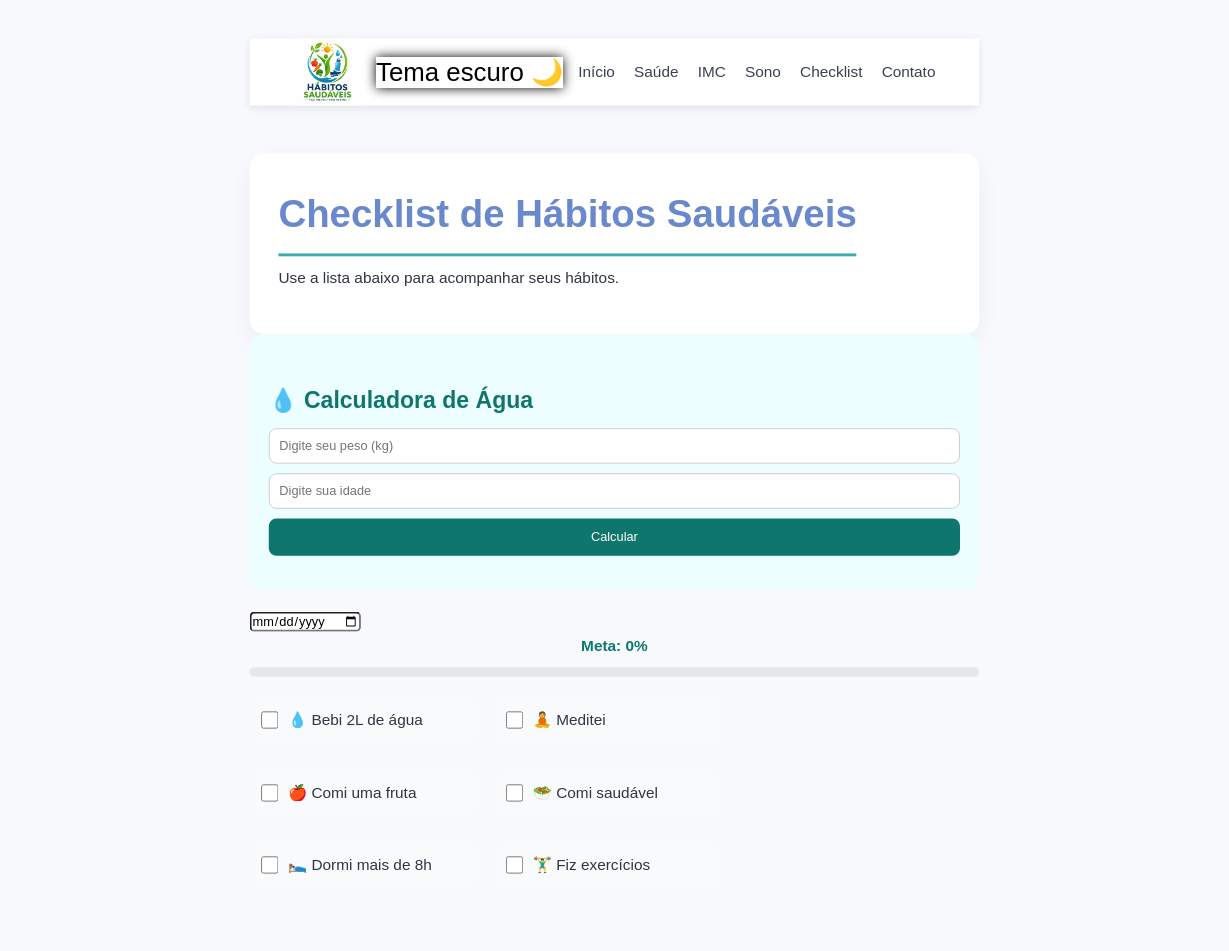
Repository: habitos2026/projetointegrador2026
Page: checklist.html
An editor plug-in stored every save of this project. The page is shown before and after a run of saves, followed by the edit.
The browser window is 1280 px wide. The pictures show the whole page, at 96% of full size.
The pointer rests on the first visible `#btnTema`.

Above is the page before, as saved 2026-06-10 19:38:38.

### checklist.html
<!DOCTYPE html>
<html lang="pt-br">
<head>
<meta charset="UTF-8">
<meta name="viewport" content="width=device-width, initial-scale=1.0">
<title>Checklist</title>

<link rel="stylesheet" href="estilos.css">

<style>
/* SÓ O CHECKLIST (não mexe no resto do site) */

        :root {
            --cor-mente: #6a89cc;    /* Azul sereno */
            --cor-fisico: #38ada9;   /* Verde energia */
            --cor-agua: #4a69bd;     /* Azul hidratação */
            --cor-fundo: #f7f9fc;
        }

        /* Animação de Entrada */
        @keyframes fadeInUp {
            from {
                opacity: 0;
                transform: translateY(20px);
            }
            to {
                opacity: 1;
                transform: translateY(0);
            }
        }

        body {
            font-family: 'Segoe UI', Roboto, sans-serif;
            line-height: 1.6;
            background-color: var(--cor-fundo);
            color: #2f3542;
            max-width: 800px;
            margin: 0 auto;
            padding: 40px 20px;
        }

        header {
            text-align: center;
            margin-bottom: 50px;
            animation: fadeInUp 0.8s ease-out;
        }

        h1 {
            color: var(--cor-mente);
            font-size: 2.5rem;
            border-bottom: 3px solid var(--cor-fisico);
            display: inline-block;
            padding-bottom: 10px;
        }

        section {
            background: white;
            padding: 30px;
            border-radius: 15px;
            box-shadow: 0 10px 25px rgba(0,0,0,0.05);
            animation: fadeInUp 1s ease-out;
        }

        h2 {
            color: var(--cor-fisico);
            margin-top: 30px;
            display: flex;
            align-items: center;
            gap: 10px;
    }

.check-container {
    max-width: 500px;
    margin: 40px auto;
    background: white;
    padding: 25px;
    border-radius: 15px;
    box-shadow: 0 10px 25px rgba(0,0,0,0.1);
}

/* TÍTULO */
.check-container h1 {
    text-align: center;
    color: #0f766e;
}

/* DATA */
.check-container input[type="date"] {
    display: block;
    margin: 10px auto 20px;
    padding: 8px;
}

/* PROGRESSO */
.progresso {
    text-align: center;
    margin-bottom: 10px;
    font-weight: bold;
    color: #0f766e;
}

/* BARRA */
.barra {
    width: 100%;
    height: 10px;
    background: #e5e7eb;
    border-radius: 10px;
    overflow: hidden;
    margin-bottom: 20px;
}

.barra span {
    display: block;
    height: 100%;
    width: 0%;
    background: #0f766e;
    transition: 0.3s;
}

/* ITENS */
.habit-item {
    display: flex;
    align-items: center;
    gap: 10px;
    background: #f9fafb;
    padding: 12px;
    border-radius: 10px;
    margin-bottom: 10px;
}

.habit-item input {
    width: 18px;
    height: 18px;
}

/* TEXTO */
.habit-item span {
    font-weight: 500;
}

/* MARCADO */
.habit-item input:checked + span {
    text-decoration: line-through;
    color: #9ca3af;
}

/* MENSAGEM */
.msg {
    text-align: center;
    margin-top: 10px;
    color: green;
    font-weight: bold;
}

.data{
    border-radius: 5px;
}

.data::-webkit-calendar-picker-indicator{
    cursor: pointer;
}

.data:hover{
    cursor: pointer;
    background: #00b894;
    box-shadow: 0 10px 8px rgba(0, 0, 0, 0.2);
    transform: scale(104%);
    transition:
    background 0.5s,
    box-shadow 0.5s,
    transform 0.5s;
}

</style>

</head>

<body>

<div id="menu"></div>

<section class="intro">

    <h1>Checklist de Hábitos Saudáveis</h1>

    <p>
        Use a lista abaixo para acompanhar seus hábitos.
    </p>

</section>

<!-- CALCULADORA DE ÁGUA -->
<div class="agua-box">

    <h2>💧 Calculadora de Água</h2>

    <input type="number" id="peso" placeholder="Digite seu peso (kg)">
    <input type="number" id="idade" placeholder="Digite sua idade">

    <button onclick="calcularAgua()">Calcular</button>

    <p id="resultadoAgua"></p>

</div>

<!-- DATA -->
<input type="date" class="data" id="data">

<!-- PROGRESSO -->
<div class="progresso">
    Meta: <span id="pct">0%</span>
</div>

<div class="barra">
    <span id="bar"></span>
</div>

<!-- CHECKLIST -->

<div class="listas">
<label class="habit-item">
    <input type="checkbox" onchange="calc()">
    <span>💧 Bebi 2L de água</span>
</label>

<label class="habit-item">
    <input type="checkbox" onchange="calc()">
    <span>🧘 Meditei</span>
</label>

<label class="habit-item">
    <input type="checkbox" onchange="calc()">
    <span>🍎 Comi uma fruta</span>
</label>

<label class="habit-item">
    <input type="checkbox" onchange="calc()">
    <span>🥗 Comi saudável</span>
</label>

<label class="habit-item">
    <input type="checkbox" onchange="calc()">
    <span>🛌 Dormi mais de 8h</span>
</label>

<label class="habit-item">
    <input type="checkbox" onchange="calc()">
    <span>🏋️‍♂️ Fiz exercícios</span>
</label>
</div>

<p id="msg" class="msg"></p>
<div id="imgGif"></div>

<script src="trabalho.js"></script>

</body>
</html>

### estilos.css
:root{
    --cinza245: rgb(245,245,245);
    --cinza220: rgb(220,220,220);
    --cinza128: rgb(128,128,128);
    --azul: rgb(0,80,120);
    --amarelo: yellow;
}

/* RESET */
*{
    margin:0;
    padding:0;
    box-sizing:border-box;
    font-family:Arial, sans-serif;
}

body{
    background:#f5f7fb;
    color:#1f2937;
}

/* HEADER */
header{
    background:white;
    height:70px;

    display:flex;
    align-items:center;
    justify-content:space-between;

    padding:0 6%;

    box-shadow:0 2px 8px rgba(0,0,0,0.1);
}

/* LOGO */
.logo{
    height:100%;
    width:auto;
}

/* MENU */
.menu{
    display:flex;
    align-items:center;
    gap:20px;
}

.menu a{
    text-decoration:none;
    color:#374151;
    transition: 0.5s;

}

.menu a:hover{
    color:#0f766e;
    text-shadow: 0 0 6px #01b3a4;
}

/* TOPO MENU MOBILE */
.topoMenu{
    display:none;
}

/* BOTÃO MENU */
.botaoMenu{
    border:none;
    background:transparent;

    display:none;
    flex-direction:column;

    gap:6px;

    cursor:pointer;
    transition:0.5s;
}

.botaoMenu div{
    width:28px;
    height:3px;

    background:black;
    transition:0.5s;
}

/* MAIN */
main{
    max-width:800px;

    margin:40px auto;

    background:white;

    padding:30px;

    border-radius:10px;
}

/* TEXTOS */
h1{
    color:#0f766e;
    margin-bottom:10px;
}

p{
    margin-bottom:15px;
}

/* BANNER */
.bannerIndexInicio{
    width:100%;
    height:300px;
    overflow:hidden;
}

.bannerIndexInicio img{
    width:100%;
    height:100%;

    object-fit:cover;
    display:block;
}

.bannerIndex{
    height:100%;

    display:flex;
    justify-content:center;

    overflow:hidden;

    aspect-ratio:16/9;
}

.bannerIndex img{
    width:70%;
    height:80%;

    object-fit:cover;
}

/* BOX ÁGUA */
.agua-box{
    background:#ecfeff;

    padding:20px;

    border-radius:15px;

    margin-bottom:20px;
}

.agua-box h2{
    color:#0f766e;
    margin-bottom:10px;
}

.agua-box input{
    width:100%;

    padding:10px;

    margin-bottom:10px;

    border-radius:8px;

    border:1px solid #ccc;
}

.agua-box button{
    width:100%;

    padding:12px;

    background:#0f766e;

    color:white;

    border:none;

    border-radius:8px;

    cursor:pointer;

    transition:0.5s;
}

.agua-box button:hover{
    background:#115e59;

    transform:scale(1.01);

    box-shadow:
    0 0 10px rgb(1, 255, 234),
    0 0 15px rgb(0, 173, 253);
}

#resultadoAgua{
    margin-top:10px;
    font-weight:bold;
}

/* LISTAS */
.listas{
    width:65%;

    display:grid;

    grid-template-columns:repeat(2, 1fr);

    gap:1rem;
}

/* IMAGENS SAÚDE */
.Saude .Imagem img{

    width:35%;

    height:auto;

    object-fit:cover;

    border-radius:15px;

    transition:0.4s;
}

.Saude .Imagem img:hover{

    transform:scale(1.05);

    box-shadow:
    0 0 10px cyan,
    0 0 20px cyan,
    0 0 40px cyan;
}

.imc-box{
    background:#0f766e;

    padding:20px;

    border-radius:20px;

    margin-top:3rem;


}

.imc-box input{
    width:100%;

    padding:10px;

    margin-bottom:10px;

    border-radius:8px;

    border:1px solid #ccc;
}

.imc-box button{
    width:100%;

    padding:12px;

    background: white;

    border: none;

    border-radius:8px;

    cursor:pointer;

    transition:0.5s;
}

.imc-box button:hover{
    background:#f0f0f0;

    transform:scale(1.002);

    box-shadow:
    0 0 6px rgb(1, 255, 234),
    0 0 8px rgb(0, 173, 253),
    0 0 15px  rgba(18, 165, 153);
}

#resultado{
    margin-top:20px;

    font-weight:bold;

    display: flex;

    flex-direction: column;

    align-items: center;

    gap: 10px;

}

#botaoFecharMenu{
    border:none;

    background:transparent;

    box-shadow: none;

    font-size:20px;

    cursor:pointer;

    transition: 0.5s;

    border-radius: 100px;

}


#botaoFecharMenu:hover{
    color: red;
    text-shadow:  0 0 11px rgb(255, 0, 0);
}

#botaoFecharMenu:active{
  animation: clickEffect 0.2s ease;
}

/* ===== DARK MODE ===== */
body.dark {
    background: #0f172a;
    color: #e2e8f0;
}

body.dark header {
    background: #1e293b;
    box-shadow: 0 2px 8px rgba(0,0,0,0.4);
}

body.dark .menu {
    background: #1e293b;
}

body.dark .menu a {
    color: #cbd5e1;
    border-bottom-color: #334155;
}

body.dark main,
body.dark section {
    background: #1e293b;
    box-shadow: 0 10px 25px rgba(0,0,0,0.3);
}

body.dark .agua-box {
    background: #164e63;
}

body.dark .agua-box input,
body.dark .imc-box input {
    background: #0f172a;
    color: #e2e8f0;
    border-color: #475569;
}

body.dark .habit-item {
    background: #1e293b;
    color: #e2e8f0;
}

body.dark .barra {
    background: #334155;
}

body.dark li {
    background: #1e293b;
    color: #e2e8f0;
}

body.dark .contato-box {
    background: #1e293b;
    color: #e2e8f0;
}

body.dark .contato-form input,
body.dark .contato-form textarea {
    background: #0f172a;
    color: #e2e8f0;
    border-color: #475569;
}

/* Botão tema */
#btnTema {
    background: transparent;
    border: none;
    font-size: 1.4rem;
    cursor: pointer;
    transition: transform 0.3s;
}

#btnTema:hover {
    transform: scale(1.2);
    box-shadow: 0 0 10px;
}

@keyframes clickEffect {
  0% {
    transform: scale(1);
    text-shadow: 0 0 10px red;
  }
  50% {
    transform: scale(0.95);
    text-shadow: 0 0 20px red;
  }
  100% {
    transform: scale(1);
    text-shadow: 0 0 10px red;
  }
}

/* ANIMAÇÃO */
@keyframes subir{

    from{
        opacity:0;
        transform:translateY(-20px);
    }

    to{
        opacity:1;
        transform:translateY(0);
    }

}

/* MOBILE */
@media screen and (max-width:950px){

    .botaoMenu{
        display:flex;

        animation:subir 0.5s ease;
    }

    .botaoMenu:hover{
        transform: scale(1.03);
    }
    .botaoMenu:hover div{
        box-shadow: 0 10px 15px rgba(0,0,0,0.4);

    }

    .menu{
        position:fixed;

        top:0;
        right:-100%;

        width:80%;
        height:100vh;

        background:white;

        flex-direction:column;

        align-items:flex-start;

        padding:30px;

        transition: right 0.5s;

        z-index:999;
    }

    .menu a{
        width:100%;

        padding:12px 0;


        border-bottom:1px solid var(--cinza220);

        text-decoration:none;

        color:#374151;

        transition: 0.10s;

}

    .menu a:hover{
    color:#0f766e;
    text-shadow: 0 0 6px #01b3a4;
    border: #01b3a4 1px solid;
    transition: 0.5s;
}

    .topoMenu{
        display:flex;

        width:100%;

        justify-content:space-between;

        align-items:center;

        margin-bottom:30px;
    }

    .topoMenu button{
        border:none;

        background:transparent;

        font-size:20px;

        cursor:pointer;
    }

    main{
        margin:20px;
    }

    .bannerIndex img{
        width:100%;
        height:220px;
    }

    .listas{
        width:100%;

        grid-template-columns:1fr;
    }

    .Saude .Imagem img{
        width:100%;
    }
}

### trabalho.js
// ===== DARK MODE — roda ANTES de tudo =====
if (localStorage.getItem("tema") === "dark") {
    document.body.classList.add("dark");
}

// ===== MENU =====
fetch("menu.html")
.then(res => res.text())
.then(data => {

    document.getElementById("menu").innerHTML = data;

    // Botão tema
    const btnTema = document.getElementById("btnTema");
    btnTema.textContent = document.body.classList.contains("dark") ? "Tema claro ☀️" : "Tema escuro 🌙";

    btnTema.addEventListener("click", () => {
        document.body.classList.toggle("dark");
        const temaDark = document.body.classList.contains("dark");
        localStorage.setItem("tema", temaDark ? "dark" : "light");
        btnTema.textContent = temaDark ? "Tema claro ☀️" : "Tema escuro 🌙";
    });

    // Botões do menu mobile
    const abrir = document.querySelector(".botaoMenu");
    const fechar = document.querySelector("#botaoFecharMenu");
    const menu = document.querySelector("#menuNav");

    abrir.addEventListener("click", () => {
        menu.style.right = "0";
    });

    fechar.addEventListener("click", () => {
        menu.style.right = "-100%";
    });

});

// ===== RESTO DAS FUNÇÕES =====

function calc() {
    const checks = document.querySelectorAll('.habit-item input');
    let marcados = 0;

    checks.forEach(check => {
        if(check.checked) marcados++;
    });

    let porcentagem = (marcados / checks.length) * 100;

    document.getElementById("pct").innerText = porcentagem + "%";
    document.getElementById("bar").style.width = porcentagem + "%";

    const msg = document.getElementById("msg");
    const imgGif = document.getElementById("imgGif");

    if (porcentagem === 100) {
        msg.innerText = "Parabéns! Você completou todos os hábitos 🎉";
        imgGif.innerHTML = `<img src="pasta-de-imagens/gifParabens.gif" alt="Parabéns">`;
    } else {
        msg.innerText = "";
        imgGif.innerHTML = "";
    }
}

const data = document.getElementById("data");
if (data) {
    data.addEventListener("click", () => {
        data.showPicker();
    });
}

function calcularAgua() {
    const peso = parseFloat(document.getElementById("peso").value);
    const idade = parseInt(document.getElementById("idade").value);

    if (isNaN(peso) || peso <= 0 || isNaN(idade) || idade <= 0) {
        document.getElementById("resultadoAgua").innerText = "Por favor, preencha peso e idade corretamente.";
        return;
    }

    let mlPorKg;

    if (idade <= 17) mlPorKg = 40;
    else if (idade <= 55) mlPorKg = 35;
    else if (idade <= 65) mlPorKg = 30;
    else mlPorKg = 25;

    const totalMl = peso * mlPorKg;
    const totalLitros = (totalMl / 1000).toFixed(1);

    document.getElementById("resultadoAgua").innerText =
        `Você deve beber aproximadamente ${totalLitros}L de água por dia.`;
}

### menu.html
<header>

    <img class="logo" src="pasta-de-imagens/images.webp" alt="Logo">

    <button id="btnTema" title="Alternar tema">🌙</button>

    <button class="botaoMenu">

        <div></div>
        <div></div>
        <div></div>

    </button>

    <nav id="menuNav" class="menu">

        <div class="topoMenu">

            <h3>Menu</h3>
            <button id="botaoFecharMenu">X</button>
            <button id="abrirMenu" class="botaoMenu"></button>

        </div>

        <a href="index.html">Início</a>
        <a href="saude.html">Saúde</a>
        <a href="imc.html">IMC</a>
        <a href="sono.html">Sono</a>
        <a href="checklist.html">Checklist</a>
        <a href="contato.html">Contato</a>

    </nav>

</header>

After the next 5 saves:
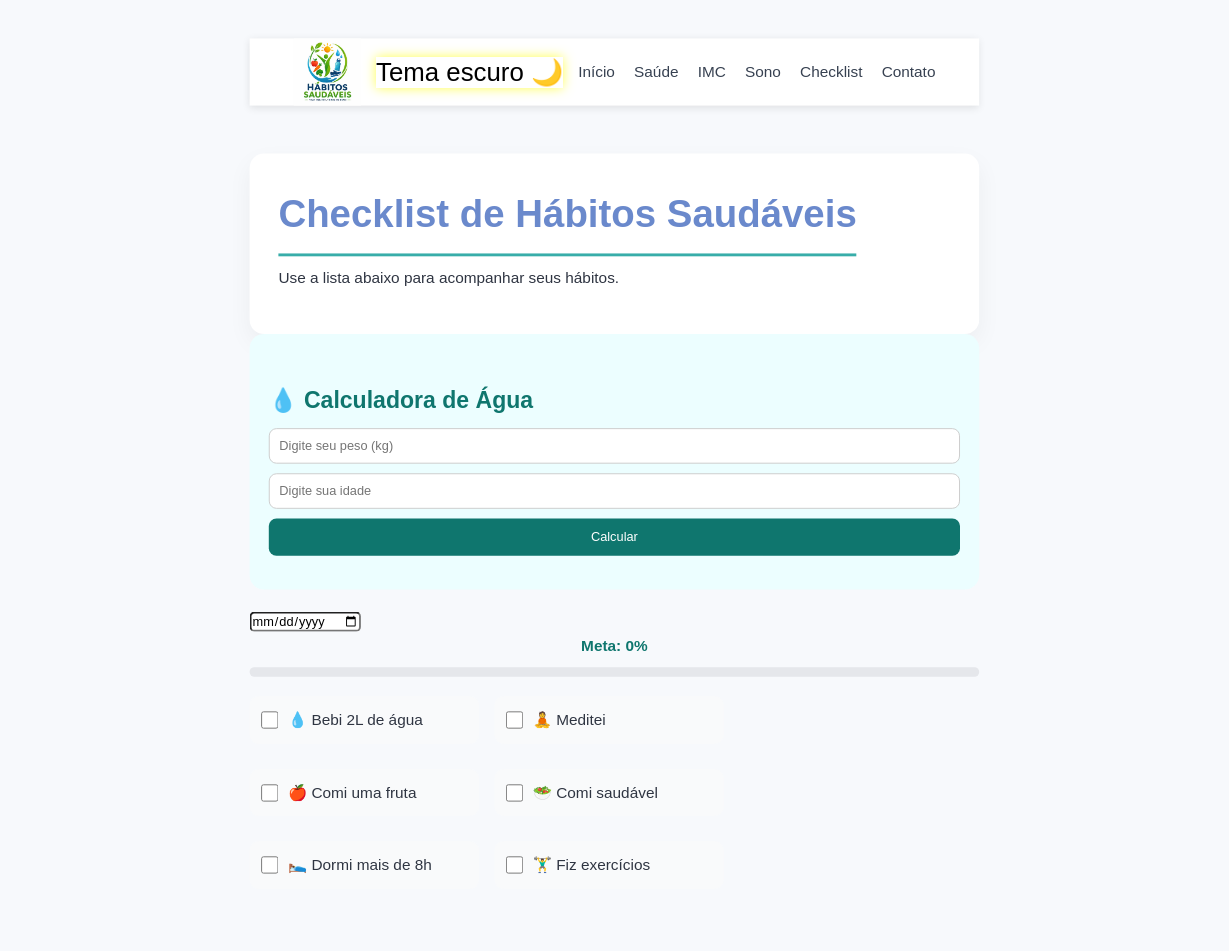
The 5 saves are shown as one change because they came seconds apart.
The last was saved 16 s later.
--- a/estilos.css
+++ b/estilos.css
@@ -404,7 +404,7 @@ body.dark .contato-form textarea {
 
 #btnTema:hover {
     transform: scale(1.2);
-    box-shadow: 0 0 10px;
+    box-shadow: 0 0 10px rgba(255, 255, 0, 0.7);
 }
 
 @keyframes clickEffect {
